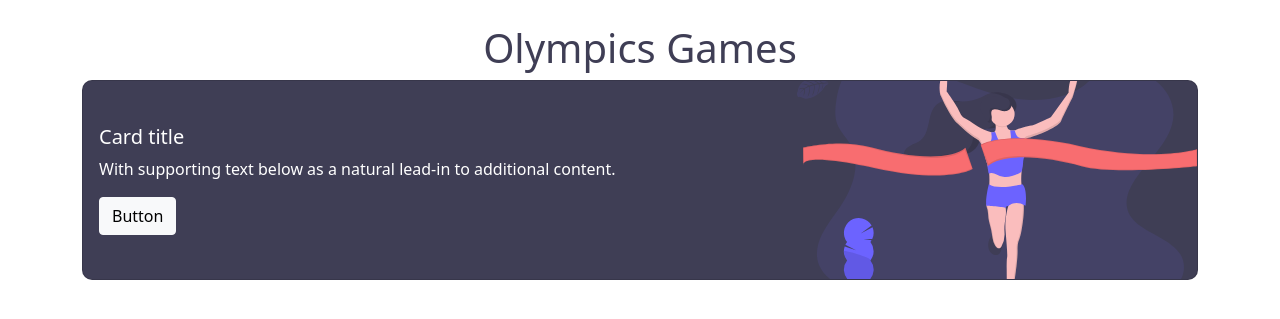
Repository: ahmedazawi/olympic_games
Page: client/views/index.html
An editor plug-in stored every save of this project. The page is shown before and after the next save, followed by the edit.
The browser window is 1280 px wide. The pictures show the whole page.

Above is the page before, as saved 2021-12-24 13:02:06.

### client/views/index.html
<!DOCTYPE html>
<html lang="en">

<head>
    <meta charset="UTF-8">
    <meta http-equiv="X-UA-Compatible" content="IE=edge">
    <meta name="viewport" content="width=device-width, initial-scale=1.0">
    <link href="https://cdn.jsdelivr.net/npm/bootstrap@5.1.3/dist/css/bootstrap.min.css" rel="stylesheet"
        integrity="sha384-1BmE4kWBq78iYhFldvKuhfTAU6auU8tT94WrHftjDbrCEXSU1oBoqyl2QvZ6jIW3" crossorigin="anonymous">
    <link rel="stylesheet" href="/css/index.css">
    <title>Home</title>
</head>

<body>
    <div class="background-img">
        <img>

    </div>

    <div class="body-container d-flex flex-column align-items-center w-100">
        <h1 class="">Olympics Games</h1>
        <div class="container">
            <div class="row g-4">
                <div class="col-12">
                    <div class="card w-100 d-flex flex-row align-items-center">
                        <div class="card-body">
                            <h5 class="card-title">Card title</h5>
                            <p class="card-text">With supporting text below as a natural lead-in to additional content.
                            </p>
                            <a href="#" class="btn btn-light ">Button</a>
                        </div>
                        <div>
                            <img src="/svg/1.svg" width="400">
                        </div>
                    </div>
                </div>
            </div>
        </div>
    </div>

    <script src="https://cdn.jsdelivr.net/npm/bootstrap@5.1.3/dist/js/bootstrap.bundle.min.js"
        integrity="sha384-ka7Sk0Gln4gmtz2MlQnikT1wXgYsOg+OMhuP+IlRH9sENBO0LRn5q+8nbTov4+1p"
        crossorigin="anonymous"></script>
</body>

</html>

### client/assets/css/index.css
* {
  --appColor: rgb(63, 62, 85);
}
body {
  color: var(--appColor);
}
.bg-app-color {
  background-color: var(--appColor);
  border: var(--appColor);
}
.font-app-color {
  color: var(--appColor);
}
.body-container .card {
  border-radius: 10px;
  height: 200px;
  background-color: var(--appColor);
  color: white;
  overflow: hidden;
}

After the next save:
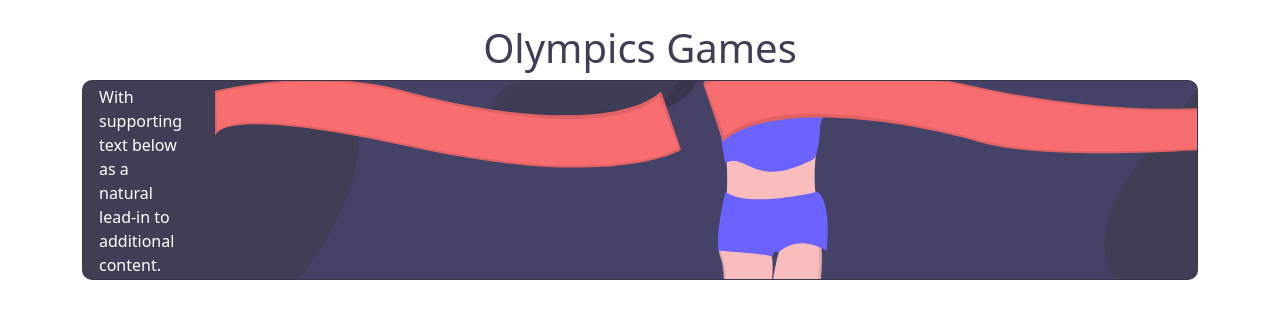
Saved 30 s later.
--- a/client/views/index.html
+++ b/client/views/index.html
@@ -30,7 +30,7 @@
                             <a href="#" class="btn btn-light ">Button</a>
                         </div>
                         <div>
-                            <img src="/svg/1.svg" width="400">
+                            <img src="/svg/1.svg">
                         </div>
                     </div>
                 </div>
